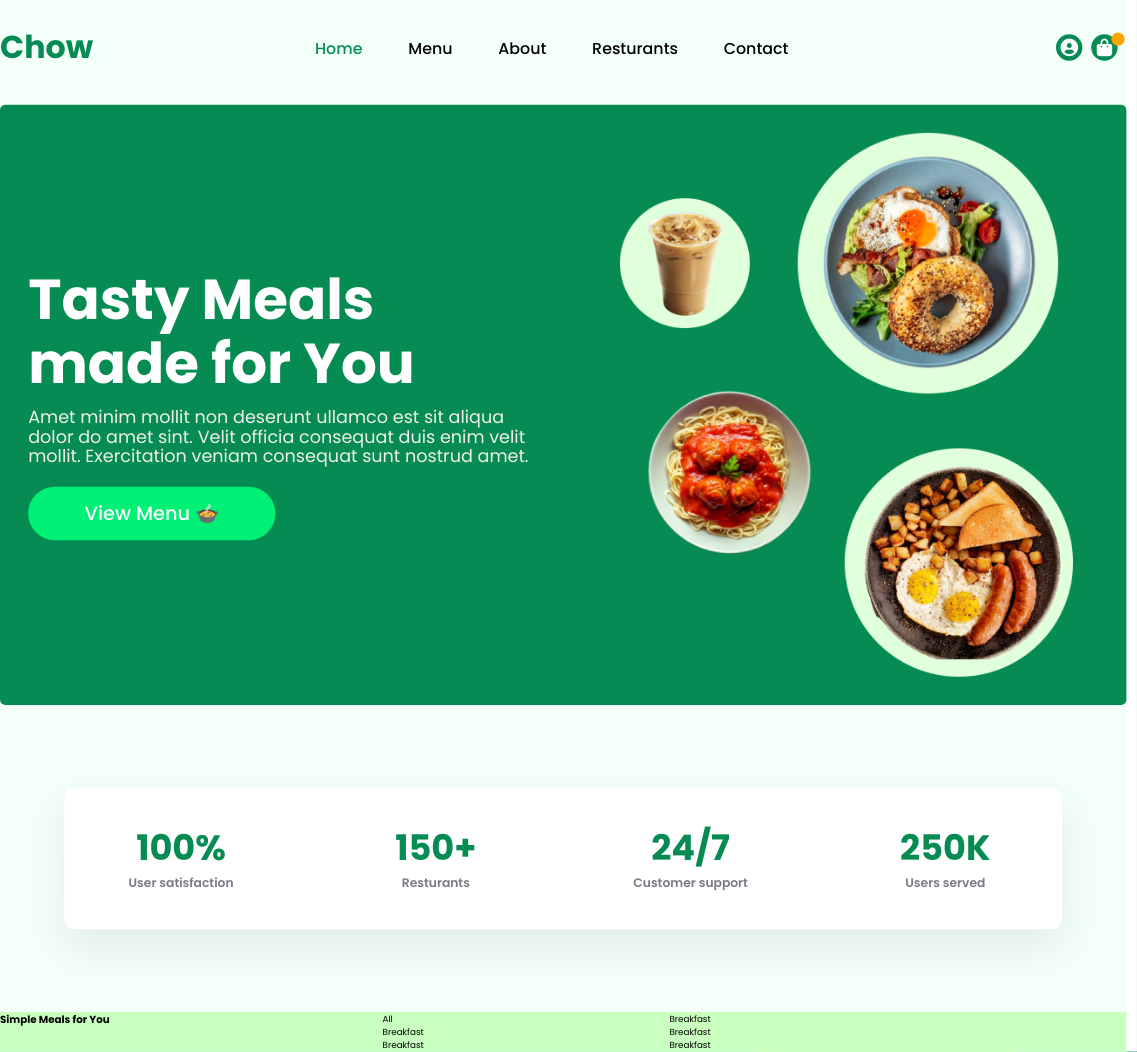
Repository: nguyennam1029/balbal
Page: index.html
These files come from the project's save history. The page is drawn as it stood at one moment and after the next save; the edit follows.
The browser window is 1280 px wide. The page is 1292 px wide, so the pictures cover 1292 px, including what lies to the right of the window. The pictures show the whole page, at 88% of full size.
Some web libraries are served in a nearby version.

Above is the page before, as saved 2022-07-01 17:58:41.

### index.html
<!DOCTYPE html>
<html lang="en">
  <head>
    <meta charset="UTF-8" />
    <meta http-equiv="X-UA-Compatible" content="IE=edge" />
    <meta name="viewport" content="width=device-width, initial-scale=1.0" />
    <title>Chow</title>
    <link
      rel="stylesheet"
      href="https://cdnjs.cloudflare.com/ajax/libs/font-awesome/6.1.1/css/all.min.css"
      integrity="sha512-KfkfwYDsLkIlwQp6LFnl8zNdLGxu9YAA1QvwINks4PhcElQSvqcyVLLD9aMhXd13uQjoXtEKNosOWaZqXgel0g=="
      crossorigin="anonymous"
      referrerpolicy="no-referrer"
    />
    <link rel="stylesheet" href="css/grid.css" />
    <link rel="stylesheet" href="css/style.css" />
  </head>
  <body>
    <div class="app">
      <div class="grid wide">
        <div class="menu">
          <a href="#" class="menu-left">Chow</a>
          <ul class="menu-center">
            <li class="menu-center-item">
              <a href="#" class="menu-center--link active">Home</a>
            </li>
            <li class="menu-center-item">
              <a href="#" class="menu-center--link">Menu</a>
            </li>
            <li class="menu-center-item">
              <a href="#" class="menu-center--link">About</a>
            </li>
            <li class="menu-center-item">
              <a href="#" class="menu-center--link">Resturants</a>
            </li>
            <li class="menu-center-item">
              <a href="#" class="menu-center--link">Contact</a>
            </li>
          </ul>
          <ul class="menu-right">
            <li class="menu-right-item">
              <a href="#" class="menu-right--link">
                <i class="fa-solid fa-circle-user"></i>
              </a>
            </li>
            <li class="menu-right-item">
              <a href="#" class="menu-right--link active">
                <i class="fa-solid fa-bag-shopping"></i>
                <span class="menu-right--circle"></span>
              </a>
            </li>
          </ul>
        </div>
        <div class="banner">
          <div class="row">
            <div class="col l-6 m-6 c-12">
              <div class="banner-info">
                <h1 class="banner-title">Tasty Meals made for You</h1>
                <span class="banner-des"
                  >Amet minim mollit non deserunt ullamco est sit aliqua dolor
                  do amet sint. Velit officia consequat duis enim velit mollit.
                  Exercitation veniam consequat sunt nostrud amet.</span
                >
                <a href="#" class="banner-btn"> View Menu 🍲 </a>
              </div>
            </div>
            <div class="col l-6 m-6 c-12">
              <div class="banner-img">
                <img src="images/banner1.png" alt="" />
              </div>
            </div>
          </div>
        </div>
        <div class="statistical">
          <div class="row">
            <div class="col l-3 m-6 c-12">
              <div class="statistical-item">
                <h3 class="statistical-item--title">100%</h3>
                <span class="statistical-item--des">User satisfaction</span>
              </div>
            </div>
            <div class="col l-3 m-6 c-12">
              <div class="statistical-item">
                <h3 class="statistical-item--title">150+</h3>
                <span class="statistical-item--des">Resturants</span>
              </div>
            </div>
            <div class="col l-3 m-6 c-12">
              <div class="statistical-item">
                <h3 class="statistical-item--title">24/7</h3>
                <span class="statistical-item--des">Customer support</span>
              </div>
            </div>
            <div class="col l-3 m-6 c-12">
              <div class="statistical-item">
                <h3 class="statistical-item--title">250K</h3>
                <span class="statistical-item--des">Users served</span>
              </div>
            </div>
          </div>
        </div>
      </div>
      <div class="content">
        <div class="grid wide">
          <div class="row">
            <div class="col l-4 m-4 c-12">
              <h3 class="product-heading">Simple Meals for You</h3>
            </div>
            <div class="col l-6 m-6 c-12">
              <ul class="tab-list row">
                <li class="tab-item active col l-2 m-4 l-6">All</li>
                <li class="tab-item col l-2 m-4 l-6">Breakfast</li>
                <li class="tab-item col l-2 m-4 l-6">Breakfast</li>
                <li class="tab-item col l-2 m-4 l-6">Breakfast</li>
                <li class="tab-item col l-2 m-4 l-6">Breakfast</li>
                <li class="tab-item col l-2 m-4 l-6">Breakfast</li>
              </ul>
            </div>
          </div>
          <div class="product-title"></div>
        </div>
      </div>
    </div>
  </body>
</html>

### css/grid.css
/* L là pc ,  M là tablet, C là mobile  */
.grid {
    width  : 100%;
    display: block;
    padding: 0;
}

.grid.wide {
    max-width: 1280px;
    margin   : 0 auto;
}

.row {
    display     : flex;
    flex-wrap   : wrap;
    margin-left : -4px;
    margin-right: -4px;
}

.row.no-gutters {
    margin-left : 0;
    margin-right: 0;
}

.col {
    padding-left : 4px;
    padding-right: 4px;
}

.row.no-gutters .col {
    padding-left : 0;
    padding-right: 0;
}

.c-0 {
    display: none;
}

.c-1 {
    flex     : 0 0 8.33333%;
    max-width: 8.33333%;
}

.c-2 {
    flex     : 0 0 16.66667%;
    max-width: 16.66667%;
}

.c-3 {
    flex     : 0 0 25%;
    max-width: 25%;
}

.c-4 {
    flex     : 0 0 33.33333%;
    max-width: 33.33333%;
}

.c-5 {
    flex     : 0 0 41.66667%;
    max-width: 41.66667%;
}

.c-6 {
    flex     : 0 0 50%;
    max-width: 50%;
}

.c-7 {
    flex     : 0 0 58.33333%;
    max-width: 58.33333%;
}

.c-8 {
    flex     : 0 0 66.66667%;
    max-width: 66.66667%;
}

.c-9 {
    flex     : 0 0 75%;
    max-width: 75%;
}

.c-10 {
    flex     : 0 0 83.33333%;
    max-width: 83.33333%;
}

.c-11 {
    flex     : 0 0 91.66667%;
    max-width: 91.66667%;
}

.c-12 {
    flex     : 0 0 100%;
    max-width: 100%;
}

.c-o-1 {
    margin-left: 8.33333%;
}

.c-o-2 {
    margin-left: 16.66667%;
}

.c-o-3 {
    margin-left: 25%;
}

.c-o-4 {
    margin-left: 33.33333%;
}

.c-o-5 {
    margin-left: 41.66667%;
}

.c-o-6 {
    margin-left: 50%;
}

.c-o-7 {
    margin-left: 58.33333%;
}

.c-o-8 {
    margin-left: 66.66667%;
}

.c-o-9 {
    margin-left: 75%;
}

.c-o-10 {
    margin-left: 83.33333%;
}

.c-o-11 {
    margin-left: 91.66667%;
}

/* >= Tablet */
@media (min-width: 740px) {
    .row {
        margin-left : -8px;
        margin-right: -8px;
    }

    .col {
        padding-left : 8px;
        padding-right: 8px;
    }

    .m-0 {
        display: none;
    }

    .m-1,
    .m-2,
    .m-3,
    .m-4,
    .m-5,
    .m-6,
    .m-7,
    .m-8,
    .m-9,
    .m-10,
    .m-11,
    .m-12 {
        display: block;
    }

    .m-1 {
        flex     : 0 0 8.33333%;
        max-width: 8.33333%;
    }

    .m-2 {
        flex     : 0 0 16.66667%;
        max-width: 16.66667%;
    }

    .m-3 {
        flex     : 0 0 25%;
        max-width: 25%;
    }

    .m-4 {
        flex     : 0 0 33.33333%;
        max-width: 33.33333%;
    }

    .m-5 {
        flex     : 0 0 41.66667%;
        max-width: 41.66667%;
    }

    .m-6 {
        flex     : 0 0 50%;
        max-width: 50%;
    }

    .m-7 {
        flex     : 0 0 58.33333%;
        max-width: 58.33333%;
    }

    .m-8 {
        flex     : 0 0 66.66667%;
        max-width: 66.66667%;
    }

    .m-9 {
        flex     : 0 0 75%;
        max-width: 75%;
    }

    .m-10 {
        flex     : 0 0 83.33333%;
        max-width: 83.33333%;
    }

    .m-11 {
        flex     : 0 0 91.66667%;
        max-width: 91.66667%;
    }

    .m-12 {
        flex     : 0 0 100%;
        max-width: 100%;
    }

    .m-o-1 {
        margin-left: 8.33333%;
    }

    .m-o-2 {
        margin-left: 16.66667%;
    }

    .m-o-3 {
        margin-left: 25%;
    }

    .m-o-4 {
        margin-left: 33.33333%;
    }

    .m-o-5 {
        margin-left: 41.66667%;
    }

    .m-o-6 {
        margin-left: 50%;
    }

    .m-o-7 {
        margin-left: 58.33333%;
    }

    .m-o-8 {
        margin-left: 66.66667%;
    }

    .m-o-9 {
        margin-left: 75%;
    }

    .m-o-10 {
        margin-left: 83.33333%;
    }

    .m-o-11 {
        margin-left: 91.66667%;
    }
}

/* PC medium resolution > */
@media (min-width: 1113px) {
    .row {
        margin-left : -12px;
        margin-right: -12px;
    }

    .row.sm-gutter {
        margin-left : -5px;
        margin-right: -5px;
    }

    .col {
        padding-left : 12px;
        padding-right: 12px;
    }

    .row.sm-gutter .col {
        padding-left : 5px;
        padding-right: 5px;
    }

    .l-0 {
        display: none;
    }

    .l-1,
    .l-2,
    .l-2-4,
    .l-3,
    .l-4,
    .l-5,
    .l-6,
    .l-7,
    .l-8,
    .l-9,
    .l-10,
    .l-11,
    .l-12 {
        display: block;
    }

    .l-1 {
        flex     : 0 0 8.33333%;
        max-width: 8.33333%;
    }

    .l-2 {
        flex     : 0 0 16.66667%;
        max-width: 16.66667%;
    }

    .l-2-4 {
        flex     : 0 0 20%;
        max-width: 20%;
    }

    .l-3 {
        flex     : 0 0 25%;
        max-width: 25%;
    }

    .l-4 {
        flex     : 0 0 33.33333%;
        max-width: 33.33333%;
    }

    .l-5 {
        flex     : 0 0 41.66667%;
        max-width: 41.66667%;
    }

    .l-6 {
        flex     : 0 0 50%;
        max-width: 50%;
    }

    .l-7 {
        flex     : 0 0 58.33333%;
        max-width: 58.33333%;
    }

    .l-8 {
        flex     : 0 0 66.66667%;
        max-width: 66.66667%;
    }

    .l-9 {
        flex     : 0 0 75%;
        max-width: 75%;
    }

    .l-10 {
        flex     : 0 0 83.33333%;
        max-width: 83.33333%;
    }

    .l-11 {
        flex     : 0 0 91.66667%;
        max-width: 91.66667%;
    }

    .l-12 {
        flex     : 0 0 100%;
        max-width: 100%;
    }

    .l-o-1 {
        margin-left: 8.33333%;
    }

    .l-o-2 {
        margin-left: 16.66667%;
    }

    .l-o-3 {
        margin-left: 25%;
    }

    .l-o-4 {
        margin-left: 33.33333%;
    }

    .l-o-5 {
        margin-left: 41.66667%;
    }

    .l-o-6 {
        margin-left: 50%;
    }

    .l-o-7 {
        margin-left: 58.33333%;
    }

    .l-o-8 {
        margin-left: 66.66667%;
    }

    .l-o-9 {
        margin-left: 75%;
    }

    .l-o-10 {
        margin-left: 83.33333%;
    }

    .l-o-11 {
        margin-left: 91.66667%;
    }
}

/* Tablet - PC low resolution */
@media (min-width: 740px) and (max-width: 1023px) {
    .wide {
        width: 644px;
    }
}

/* > PC low resolution */
@media (min-width: 1024px) and (max-width: 1239px) {
    .wide {
        width: 984px;
    }

    .wide .row {
        margin-left : -12px;
        margin-right: -12px;
    }

    .wide .row.sm-gutter {
        margin-left : -5px;
        margin-right: -5px;
    }

    .wide .col {
        padding-left : 12px;
        padding-right: 12px;
    }

    .wide .row.sm-gutter .col {
        padding-left : 5px;
        padding-right: 5px;
    }

    .wide .l-0 {
        display: none;
    }

    .wide .l-1,
    .wide .l-2,
    .wide .l-2-4,
    .wide .l-3,
    .wide .l-4,
    .wide .l-5,
    .wide .l-6,
    .wide .l-7,
    .wide .l-8,
    .wide .l-9,
    .wide .l-10,
    .wide .l-11,
    .wide .l-12 {
        display: block;
    }

    .wide .l-1 {
        flex     : 0 0 8.33333%;
        max-width: 8.33333%;
    }

    .wide .l-2 {
        flex     : 0 0 16.66667%;
        max-width: 16.66667%;
    }

    .wide .l-2-4 {
        flex     : 0 0 20%;
        max-width: 20%;
    }

    .wide .l-3 {
        flex     : 0 0 25%;
        max-width: 25%;
    }

    .wide .l-4 {
        flex     : 0 0 33.33333%;
        max-width: 33.33333%;
    }

    .wide .l-5 {
        flex     : 0 0 41.66667%;
        max-width: 41.66667%;
    }

    .wide .l-6 {
        flex     : 0 0 50%;
        max-width: 50%;
    }

    .wide .l-7 {
        flex     : 0 0 58.33333%;
        max-width: 58.33333%;
    }

    .wide .l-8 {
        flex     : 0 0 66.66667%;
        max-width: 66.66667%;
    }

    .wide .l-9 {
        flex     : 0 0 75%;
        max-width: 75%;
    }

    .wide .l-10 {
        flex     : 0 0 83.33333%;
        max-width: 83.33333%;
    }

    .wide .l-11 {
        flex     : 0 0 91.66667%;
        max-width: 91.66667%;
    }

    .wide .l-12 {
        flex     : 0 0 100%;
        max-width: 100%;
    }

    .wide .l-o-1 {
        margin-left: 8.33333%;
    }

    .wide .l-o-2 {
        margin-left: 16.66667%;
    }

    .wide .l-o-3 {
        margin-left: 25%;
    }

    .wide .l-o-4 {
        margin-left: 33.33333%;
    }

    .wide .l-o-5 {
        margin-left: 41.66667%;
    }

    .wide .l-o-6 {
        margin-left: 50%;
    }

    .wide .l-o-7 {
        margin-left: 58.33333%;
    }

    .wide .l-o-8 {
        margin-left: 66.66667%;
    }

    .wide .l-o-9 {
        margin-left: 75%;
    }

    .wide .l-o-10 {
        margin-left: 83.33333%;
    }

    .wide .l-o-11 {
        margin-left: 91.66667%;
    }
}

### css/style.css
@import url('https://fonts.googleapis.com/css2?family=Poppins:wght@400;500;600;700&display=swap');

*,
*::before,
*::after {
    box-sizing: border-box;
}

* {
    margin : 0;
    padding: 0;
}

html {
    font-family: 'Poppins',
        sans-serif;
    font-size: 62.5%;
}

html,
body {
    height: 100%;
}

body {
    line-height: 1.5;
}

img,
picture,
video,
canvas,
svg {
    display  : block;
    max-width: 100%;
}

input,
button,
textarea,
select {
    font   : inherit;
    outline: none;
}

p,
h1,
h2,
h3,
h4,
h5,
h6 {
    overflow-wrap: break-word;
}

a {
    text-decoration: none;
}

ul {
    list-style: none;
}

.app {
    background-color: #f3fff9;
    padding-top     : 34px;
}

.menu {
    display        : flex;
    justify-content: space-between;
    align-items    : center;
    margin         : 0 0 45px;
}

.menu-left {
    font-weight: 700;
    font-size  : 3.6rem;
    line-height: 40px;

    color: #068C52;
}

.menu-center,
.menu-right {
    display        : flex;
    justify-content: center;
    align-items    : center;
}

.menu-center--link {
    margin-right: 52px;
    font-weight : 500;
    font-size   : 1.8rem;
    line-height : 27px;
    color       : #000000;
}

.menu-center--link.active {
    color: #068C52;
}

.menu-right--link {
    margin-right         : 10px;
    display              : flex;
    justify-content      : center;
    align-items          : center;
    width                : 30px;
    height               : 30px;
    border-radius        : 50%;
    -webkit-border-radius: 50%;
    -moz-border-radius   : 50%;
    -ms-border-radius    : 50%;
    -o-border-radius     : 50%;
    background-color     : #068C52;
}

.menu-right--link i {
    color    : #fff;
    font-size: 2rem;
}

.menu-right--link.active {
    position: relative;
}

.menu-right--circle {
    position             : absolute;
    top                  : -2px;
    right                : -8px;
    width                : 15px;
    height               : 15px;
    background           : #FFA500;
    border-radius        : 50%;
    -webkit-border-radius: 50%;
    -moz-border-radius   : 50%;
    -ms-border-radius    : 50%;
    -o-border-radius     : 50%;
}

.banner {
    background-color     : #068C52;
    border-radius        : 6px;
    -webkit-border-radius: 6px;
    -moz-border-radius   : 6px;
    -ms-border-radius    : 6px;
    -o-border-radius     : 6px;
    padding              : 32px;
}

.banner-info {
    display           : flex;
    justify-content   : center;
    /* align-items    : center; */
    flex-direction    : column;
    height            : 100%;
}

.banner-title {
    font-weight: 700;
    font-size  : 6.4rem;
    line-height: 72px;

    color: #FFFFFF;
}

.banner-des {
    font-weight: 400;
    font-size  : 2rem;
    line-height: 22px;
    display    : block;
    color      : #EFEFEF;
    margin     : 14px 0 24px;
}

.banner-btn {
    font-weight          : 500;
    font-size            : 2.2rem;
    line-height          : 33px;
    padding              : 14px 64px;
    /*Primary/White*/
    color                : #FFFFFF;
    background           : #00F076;
    border-radius        : 32px;
    -webkit-border-radius: 32px;
    -moz-border-radius   : 32px;
    -ms-border-radius    : 32px;
    -o-border-radius     : 32px;
    width                : fit-content;
}

.statistical {
    max-width    : 1134px;
    margin       : 94px auto;
    /* border    : 1px solid; */
    background   : #FFFFFF;
    /* Drop Shadow/High */
    padding      : 40px 0;
    box-shadow   : 0px 20px 50px rgba(18, 17, 39, 0.08);
    border-radius: 12px;
    text-align   : center;
}

.statistical-item--title {
    font-weight: 700;
    font-size  : 4rem;
    line-height: 140%;
    /* identical to box height, or 56px */

    text-align: center;

    color: #068C52;
}

.statistical-item--des {
    font-weight: 600;
    font-size  : 1.4rem;
    line-height: 180%;
    color      : rgba(18, 17, 39, 0.56);
}

.content {
    background-color: #c9ffbf;
}

After the next save:
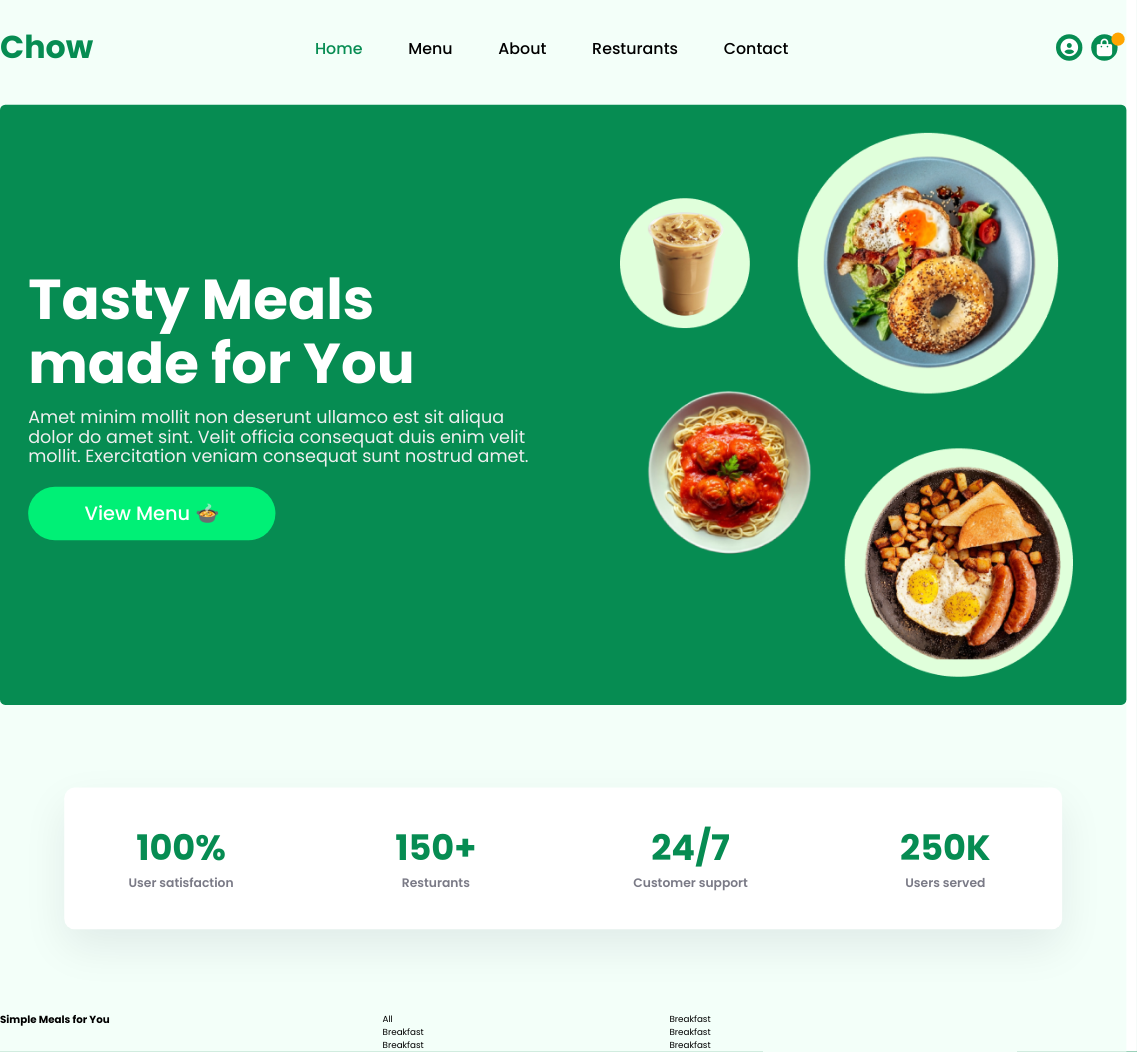
Saved 67 s later.
--- a/index.html
+++ b/index.html
@@ -100,7 +100,7 @@
           </div>
         </div>
       </div>
-      <div class="content">
+      <div class="product">
         <div class="grid wide">
           <div class="row">
             <div class="col l-4 m-4 c-12">
